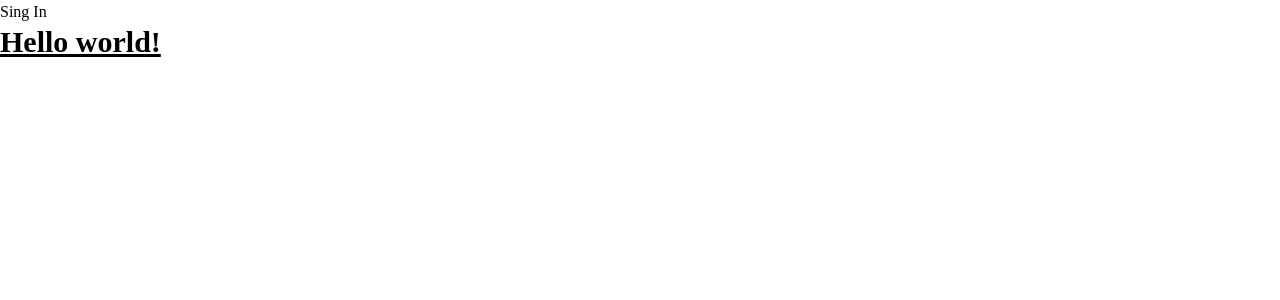
Repository: Gunplay/Smart-Home
Page: /
These files come from the project's save history. The page is drawn as it stood at one moment and after the next save; the edit follows.
The browser window is 1280 px wide. The pictures show the whole page.
The project was rebuilt for these pictures with package versions that can differ from the ones it lists, and the page was loaded fresh each time. Also part of the build but not shown: vite.config.js, vite.config.ts.

Above is the page before, as saved 2024-06-12 17:05:13.

### index.html
<!doctype html>
<html lang="en">

<head>
  <meta charset="UTF-8" />
  <link rel="icon" type="image/svg+xml" href="./src/assets/smart-home-svgrepo-com.svg" />
  <meta name="viewport" content="width=device-width, initial-scale=1.0" />
  <title>Smart-Home</title>
  <link real='stylesheet' href='src/style.css'>
</head>

<body>
  <div id="root"></div>

  <script type="module" src="/src/main.tsx"></script>
</body>

</html>

### src/main.tsx
import React from 'react';
import ReactDOM from 'react-dom/client';
import { BrowserRouter as Router } from 'react-router-dom';
import App from './App.tsx';
import './css/style.css';

ReactDOM.createRoot(document.getElementById('root')!).render(
	<React.StrictMode>
		<Router>
			<App />
		</Router>
	</React.StrictMode>
);

### src/App.tsx
// import { useState } from 'react';

// import reactLogo from './assets/react.svg';
// import viteLogo from '/vite.svg';
import Header from './components/Header';

function App() {
	return (
		<>
			<Header />
		</>
	);
}

export default App;

### src/css/style.css
/*
! tailwindcss v3.4.4 | MIT License | https://tailwindcss.com
*/

/*
1. Prevent padding and border from affecting element width. (https://github.com/mozdevs/cssremedy/issues/4)
2. Allow adding a border to an element by just adding a border-width. (https://github.com/tailwindcss/tailwindcss/pull/116)
*/

*,
::before,
::after {
	box-sizing: border-box;
	/* 1 */
	border-width: 0;
	/* 2 */
	border-style: solid;
	/* 2 */
	border-color: #e5e7eb;
	/* 2 */
}

::before,
::after {
	--tw-content: '';
}

/*
1. Use a consistent sensible line-height in all browsers.
2. Prevent adjustments of font size after orientation changes in iOS.
3. Use a more readable tab size.
4. Use the user's configured `sans` font-family by default.
5. Use the user's configured `sans` font-feature-settings by default.
6. Use the user's configured `sans` font-variation-settings by default.
7. Disable tap highlights on iOS
*/

html,
:host {
	line-height: 1.5;
	/* 1 */
	-webkit-text-size-adjust: 100%;
	/* 2 */
	-moz-tab-size: 4;
	/* 3 */
	-o-tab-size: 4;
	tab-size: 4;
	/* 3 */
	font-family: var(--font-sora), ui-sans-serif, system-ui, sans-serif,
		'Apple Color Emoji', 'Segoe UI Emoji', 'Segoe UI Symbol', 'Noto Color Emoji';
	/* 4 */
	font-feature-settings: normal;
	/* 5 */
	font-variation-settings: normal;
	/* 6 */
	-webkit-tap-highlight-color: transparent;
	/* 7 */
}

/*
1. Remove the margin in all browsers.
2. Inherit line-height from `html` so users can set them as a class directly on the `html` element.
*/

body {
	margin: 0;
	/* 1 */
	line-height: inherit;
	/* 2 */
}

/*
1. Add the correct height in Firefox.
2. Correct the inheritance of border color in Firefox. (https://bugzilla.mozilla.org/show_bug.cgi?id=190655)
3. Ensure horizontal rules are visible by default.
*/

hr {
	height: 0;
	/* 1 */
	color: inherit;
	/* 2 */
	border-top-width: 1px;
	/* 3 */
}

/*
Add the correct text decoration in Chrome, Edge, and Safari.
*/

abbr:where([title]) {
	-webkit-text-decoration: underline dotted;
	text-decoration: underline dotted;
}

/*
Remove the default font size and weight for headings.
*/

h1,
h2,
h3,
h4,
h5,
h6 {
	font-size: inherit;
	font-weight: inherit;
}

/*
Reset links to optimize for opt-in styling instead of opt-out.
*/

a {
	color: inherit;
	text-decoration: inherit;
}

/*
Add the correct font weight in Edge and Safari.
*/

b,
strong {
	font-weight: bolder;
}

/*
1. Use the user's configured `mono` font-family by default.
2. Use the user's configured `mono` font-feature-settings by default.
3. Use the user's configured `mono` font-variation-settings by default.
4. Correct the odd `em` font sizing in all browsers.
*/

code,
kbd,
samp,
pre {
	font-family: ui-monospace, SFMono-Regular, Menlo, Monaco, Consolas,
		'Liberation Mono', 'Courier New', monospace;
	/* 1 */
	font-feature-settings: normal;
	/* 2 */
	font-variation-settings: normal;
	/* 3 */
	font-size: 1em;
	/* 4 */
}

/*
Add the correct font size in all browsers.
*/

small {
	font-size: 80%;
}

/*
Prevent `sub` and `sup` elements from affecting the line height in all browsers.
*/

sub,
sup {
	font-size: 75%;
	line-height: 0;
	position: relative;
	vertical-align: baseline;
}

sub {
	bottom: -0.25em;
}

sup {
	top: -0.5em;
}

/*
1. Remove text indentation from table contents in Chrome and Safari. (https://bugs.chromium.org/p/chromium/issues/detail?id=999088, https://bugs.webkit.org/show_bug.cgi?id=201297)
2. Correct table border color inheritance in all Chrome and Safari. (https://bugs.chromium.org/p/chromium/issues/detail?id=935729, https://bugs.webkit.org/show_bug.cgi?id=195016)
3. Remove gaps between table borders by default.
*/

table {
	text-indent: 0;
	/* 1 */
	border-color: inherit;
	/* 2 */
	border-collapse: collapse;
	/* 3 */
}

/*
1. Change the font styles in all browsers.
2. Remove the margin in Firefox and Safari.
3. Remove default padding in all browsers.
*/

button,
input,
optgroup,
select,
textarea {
	font-family: inherit;
	/* 1 */
	font-feature-settings: inherit;
	/* 1 */
	font-variation-settings: inherit;
	/* 1 */
	font-size: 100%;
	/* 1 */
	font-weight: inherit;
	/* 1 */
	line-height: inherit;
	/* 1 */
	letter-spacing: inherit;
	/* 1 */
	color: inherit;
	/* 1 */
	margin: 0;
	/* 2 */
	padding: 0;
	/* 3 */
}

/*
Remove the inheritance of text transform in Edge and Firefox.
*/

button,
select {
	text-transform: none;
}

/*
1. Correct the inability to style clickable types in iOS and Safari.
2. Remove default button styles.
*/

button,
input:where([type='button']),
input:where([type='reset']),
input:where([type='submit']) {
	-webkit-appearance: button;
	/* 1 */
	background-color: transparent;
	/* 2 */
	background-image: none;
	/* 2 */
}

/*
Use the modern Firefox focus style for all focusable elements.
*/

:-moz-focusring {
	outline: auto;
}

/*
Remove the additional `:invalid` styles in Firefox. (https://github.com/mozilla/gecko-dev/blob/2f9eacd9d3d995c937b4251a5557d95d494c9be1/layout/style/res/forms.css#L728-L737)
*/

:-moz-ui-invalid {
	box-shadow: none;
}

/*
Add the correct vertical alignment in Chrome and Firefox.
*/

progress {
	vertical-align: baseline;
}

/*
Correct the cursor style of increment and decrement buttons in Safari.
*/

::-webkit-inner-spin-button,
::-webkit-outer-spin-button {
	height: auto;
}

/*
1. Correct the odd appearance in Chrome and Safari.
2. Correct the outline style in Safari.
*/

[type='search'] {
	-webkit-appearance: textfield;
	/* 1 */
	outline-offset: -2px;
	/* 2 */
}

/*
Remove the inner padding in Chrome and Safari on macOS.
*/

::-webkit-search-decoration {
	-webkit-appearance: none;
}

/*
1. Correct the inability to style clickable types in iOS and Safari.
2. Change font properties to `inherit` in Safari.
*/

::-webkit-file-upload-button {
	-webkit-appearance: button;
	/* 1 */
	font: inherit;
	/* 2 */
}

/*
Add the correct display in Chrome and Safari.
*/

summary {
	display: list-item;
}

/*
Removes the default spacing and border for appropriate elements.
*/

blockquote,
dl,
dd,
h1,
h2,
h3,
h4,
h5,
h6,
hr,
figure,
p,
pre {
	margin: 0;
}

fieldset {
	margin: 0;
	padding: 0;
}

legend {
	padding: 0;
}

ol,
ul,
menu {
	list-style: none;
	margin: 0;
	padding: 0;
}

/*
Reset default styling for dialogs.
*/

dialog {
	padding: 0;
}

/*
Prevent resizing textareas horizontally by default.
*/

textarea {
	resize: vertical;
}

/*
1. Reset the default placeholder opacity in Firefox. (https://github.com/tailwindlabs/tailwindcss/issues/3300)
2. Set the default placeholder color to the user's configured gray 400 color.
*/

input::-moz-placeholder,
textarea::-moz-placeholder {
	opacity: 1;
	/* 1 */
	color: #9ca3af;
	/* 2 */
}

input::placeholder,
textarea::placeholder {
	opacity: 1;
	/* 1 */
	color: #9ca3af;
	/* 2 */
}

/*
Set the default cursor for buttons.
*/

button,
[role='button'] {
	cursor: pointer;
}

/*
Make sure disabled buttons don't get the pointer cursor.
*/

:disabled {
	cursor: default;
}

/*
1. Make replaced elements `display: block` by default. (https://github.com/mozdevs/cssremedy/issues/14)
2. Add `vertical-align: middle` to align replaced elements more sensibly by default. (https://github.com/jensimmons/cssremedy/issues/14#issuecomment-634934210)
   This can trigger a poorly considered lint error in some tools but is included by design.
*/

img,
svg,
video,
canvas,
audio,
iframe,
embed,
object {
	display: block;
	/* 1 */
	vertical-align: middle;
	/* 2 */
}

/*
Constrain images and videos to the parent width and preserve their intrinsic aspect ratio. (https://github.com/mozdevs/cssremedy/issues/14)
*/

img,
video {
	max-width: 100%;
	height: auto;
}

/* Make elements with the HTML hidden attribute stay hidden by default */

[hidden] {
	display: none;
}

*,
::before,
::after {
	--tw-border-spacing-x: 0;
	--tw-border-spacing-y: 0;
	--tw-translate-x: 0;
	--tw-translate-y: 0;
	--tw-rotate: 0;
	--tw-skew-x: 0;
	--tw-skew-y: 0;
	--tw-scale-x: 1;
	--tw-scale-y: 1;
	--tw-pan-x: ;
	--tw-pan-y: ;
	--tw-pinch-zoom: ;
	--tw-scroll-snap-strictness: proximity;
	--tw-gradient-from-position: ;
	--tw-gradient-via-position: ;
	--tw-gradient-to-position: ;
	--tw-ordinal: ;
	--tw-slashed-zero: ;
	--tw-numeric-figure: ;
	--tw-numeric-spacing: ;
	--tw-numeric-fraction: ;
	--tw-ring-inset: ;
	--tw-ring-offset-width: 0px;
	--tw-ring-offset-color: #fff;
	--tw-ring-color: rgb(59 130 246 / 0.5);
	--tw-ring-offset-shadow: 0 0 #0000;
	--tw-ring-shadow: 0 0 #0000;
	--tw-shadow: 0 0 #0000;
	--tw-shadow-colored: 0 0 #0000;
	--tw-blur: ;
	--tw-brightness: ;
	--tw-contrast: ;
	--tw-grayscale: ;
	--tw-hue-rotate: ;
	--tw-invert: ;
	--tw-saturate: ;
	--tw-sepia: ;
	--tw-drop-shadow: ;
	--tw-backdrop-blur: ;
	--tw-backdrop-brightness: ;
	--tw-backdrop-contrast: ;
	--tw-backdrop-grayscale: ;
	--tw-backdrop-hue-rotate: ;
	--tw-backdrop-invert: ;
	--tw-backdrop-opacity: ;
	--tw-backdrop-saturate: ;
	--tw-backdrop-sepia: ;
	--tw-contain-size: ;
	--tw-contain-layout: ;
	--tw-contain-paint: ;
	--tw-contain-style: ;
}

::backdrop {
	--tw-border-spacing-x: 0;
	--tw-border-spacing-y: 0;
	--tw-translate-x: 0;
	--tw-translate-y: 0;
	--tw-rotate: 0;
	--tw-skew-x: 0;
	--tw-skew-y: 0;
	--tw-scale-x: 1;
	--tw-scale-y: 1;
	--tw-pan-x: ;
	--tw-pan-y: ;
	--tw-pinch-zoom: ;
	--tw-scroll-snap-strictness: proximity;
	--tw-gradient-from-position: ;
	--tw-gradient-via-position: ;
	--tw-gradient-to-position: ;
	--tw-ordinal: ;
	--tw-slashed-zero: ;
	--tw-numeric-figure: ;
	--tw-numeric-spacing: ;
	--tw-numeric-fraction: ;
	--tw-ring-inset: ;
	--tw-ring-offset-width: 0px;
	--tw-ring-offset-color: #fff;
	--tw-ring-color: rgb(59 130 246 / 0.5);
	--tw-ring-offset-shadow: 0 0 #0000;
	--tw-ring-shadow: 0 0 #0000;
	--tw-shadow: 0 0 #0000;
	--tw-shadow-colored: 0 0 #0000;
	--tw-blur: ;
	--tw-brightness: ;
	--tw-contrast: ;
	--tw-grayscale: ;
	--tw-hue-rotate: ;
	--tw-invert: ;
	--tw-saturate: ;
	--tw-sepia: ;
	--tw-drop-shadow: ;
	--tw-backdrop-blur: ;
	--tw-backdrop-brightness: ;
	--tw-backdrop-contrast: ;
	--tw-backdrop-grayscale: ;
	--tw-backdrop-hue-rotate: ;
	--tw-backdrop-invert: ;
	--tw-backdrop-opacity: ;
	--tw-backdrop-saturate: ;
	--tw-backdrop-sepia: ;
	--tw-contain-size: ;
	--tw-contain-layout: ;
	--tw-contain-paint: ;
	--tw-contain-style: ;
}

.h1 {
	font-size: 2.5rem;
	font-weight: 600;
	line-height: 3.25rem;
}

@media (min-width: 768px) {
	.h1 {
		font-size: 2.75rem;
		line-height: 3.75rem;
	}
}

@media (min-width: 1024px) {
	.h1 {
		font-size: 3.25rem;
		line-height: 4.0625rem;
	}
}

@media (min-width: 1280px) {
	.h1 {
		font-size: 3.75rem;
		line-height: 4.5rem;
	}
}

.text-3xl {
	font-size: 1.875rem;
	line-height: 2.25rem;
}

.font-bold {
	font-weight: 700;
}

.underline {
	text-decoration-line: underline;
}

### src/components/Header/index.tsx
import Button from '../Button';

export default function Header() {
	return (
		<>
			<div className='pt-[4.75rem] lg:pt-[5.25rem] overflow-hidden'>
				<Button className='mt-10' href='#login'></Button>
			</div>
			<h1 className='text-3xl font-bold underline'>Hello world!</h1>
		</>
	);
}

### src/components/Button/index.jsx
const Button = () => {
	return <button>Sing In</button>;
};

export default Button;

After the next save:
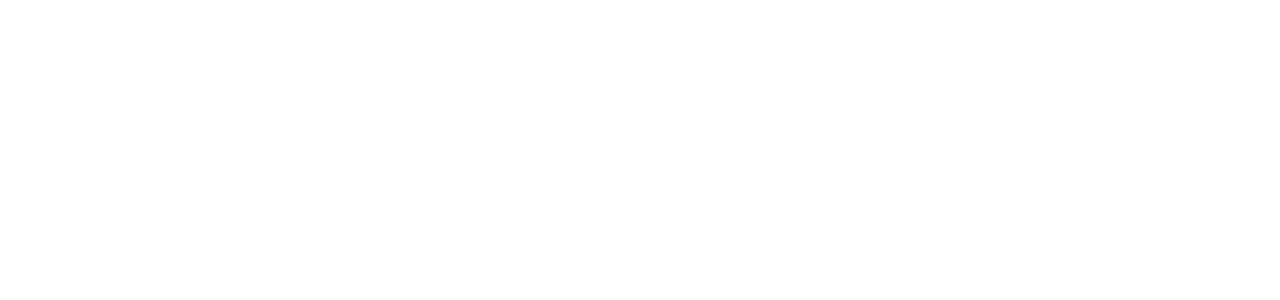
Console error: ReferenceError: Button is not defined
Saved 20 s later.
--- a/src/components/Header/index.tsx
+++ b/src/components/Header/index.tsx
@@ -1,5 +1,3 @@
-import Button from '../Button';
-
 export default function Header() {
 	return (
 		<>

After the save that followed:
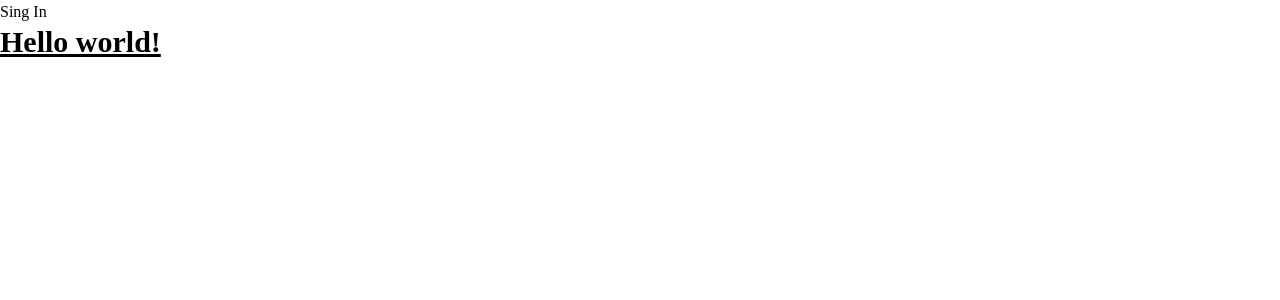
The error is gone.
Saved 25 s later.
--- a/src/components/Header/index.tsx
+++ b/src/components/Header/index.tsx
@@ -1,3 +1,4 @@
+import Button from '/src/components/Button/index.jsx';
 export default function Header() {
 	return (
 		<>
